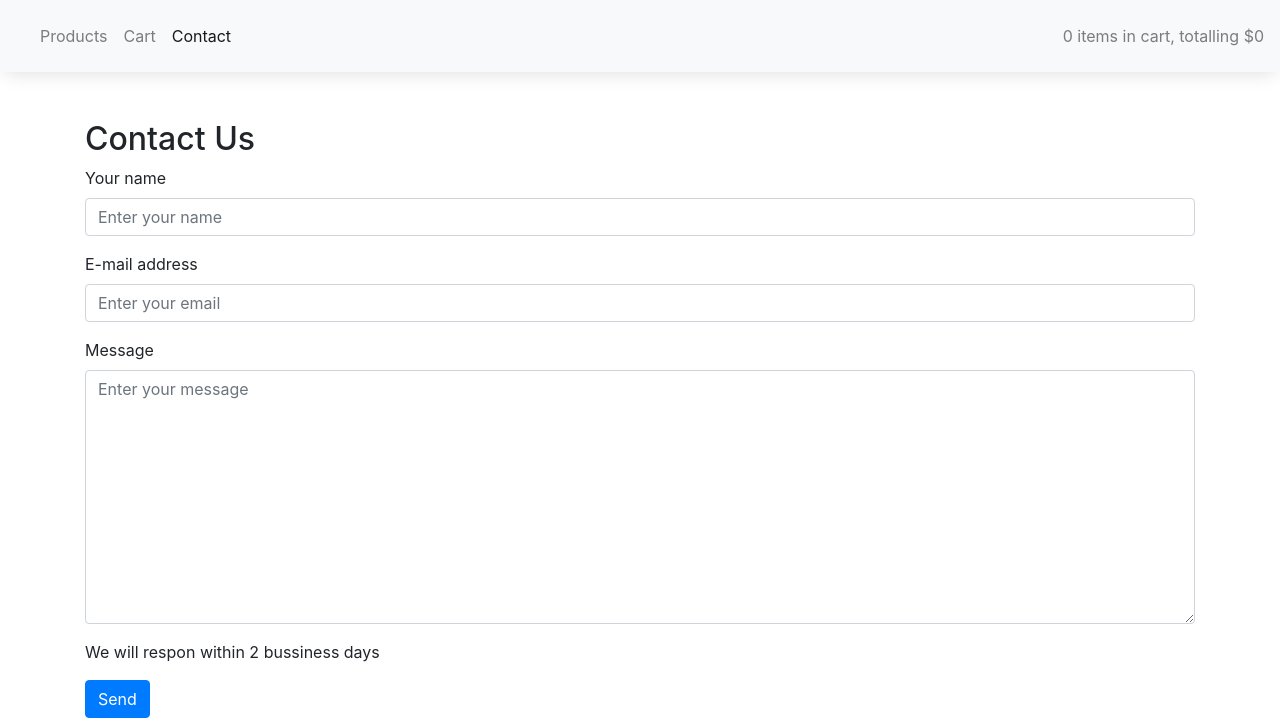
Repository: dayrim/wavecraft
Page: /contact
These files come from the project's save history. The page is drawn as it stood at one moment and after the next save; the edit follows.
The browser window is 1280 px wide. The pictures show the whole page.
The project was rebuilt for these pictures with package versions that can differ from the ones it lists, and the page was loaded fresh each time. Also part of the build but not shown: vue.config.js.

Above is the page before, as saved 2019-04-09 16:24:47.

### public/index.html
<!DOCTYPE html>
<html lang="en">
  <head>
    <meta charset="utf-8">
    <meta http-equiv="X-UA-Compatible" content="IE=edge">
    <meta name="viewport" content="width=device-width,initial-scale=1.0">
    <link rel="icon" href="<%= BASE_URL %>favicon.ico">
    <title>wavecraft-reset</title>
  </head>
  <body>
    <noscript>
      <strong>We're sorry but wavecraft-reset doesn't work properly without JavaScript enabled. Please enable it to continue.</strong>
    </noscript>
    <div id="app"></div>
    <!-- built files will be auto injected -->
  </body>
</html>

### src/main.js
import Vue from "vue";
import App from "./App.vue";
import router from "./router";
import store from "./store";
import BootstrapVue from "bootstrap-vue";

Vue.config.productionTip = false;
Vue.use(BootstrapVue);
Vue.filter("currency", function(value) {
  let formatter = new Intl.NumberFormat("en-US", {
    style: "currency",
    currency: "USD",
    minimumFractionDigits: 0,
  });

  return formatter.format(value);
});

new Vue({
  router,
  store,
  render: h => h(App),
}).$mount("#app");

### src/App.vue
<template>
  <div id="app" :class="{ ready: isPageReady }">
    <b-navbar class="mainNavbar" sticky toggleable="lg" variant="light">
      <b-navbar-brand to="/"></b-navbar-brand>

      <b-navbar-toggle target="nav-collapse"></b-navbar-toggle>

      <b-collapse id="nav-collapse" is-nav>
        <b-navbar-nav>
          <b-nav-item exact active-class="active" to="/">Products</b-nav-item>
          <b-nav-item exact active-class="active" to="/cart">Cart</b-nav-item>
          <b-nav-item exact active-class="active" to="/contact">Contact</b-nav-item>
        </b-navbar-nav>

        <!-- Right aligned nav items -->
        <b-navbar-nav class="ml-auto">
          <b-nav-text>
            <div class="navbar-text">
              {{ cart.items.length }}
              <span v-if="cart.items.length == 1">item</span><span v-else>items</span> in cart,
              totalling {{ cartTotal | currency }}
            </div></b-nav-text
          >
        </b-navbar-nav>
      </b-collapse>
    </b-navbar>
    <transition name="route" mode="out-in">
      <router-view name="discount"> </router-view>
    </transition>
    <b-container>
      <b-row>
        <b-col>
          <br /><br />
          <transition name="route" mode="out-in">
            <router-view></router-view>
          </transition>
        </b-col>
      </b-row>
    </b-container>
  </div>
</template>

<script>
export default {
  data() {
    return {
      isPageReady: false,
    };
  },
  computed: {
    cart() {
      return this.$store.state.cart;
    },
    cartTotal() {
      return this.$store.getters["cart/cartTotal"];
    },
  },
  mounted: function() {
    this.$nextTick(function() {
      setTimeout(() => {
        this.isPageReady = true;
      }, 0);
    });
  },
};
</script>

<style lang="scss">
@import "./assets/common.scss";
.mainNavbar {
  box-shadow: 0px 5px 20px -5px rgba(0, 0, 0, 0.15);
}
.flex {
  display: flex;
}
.flex.flex-column {
  flex-direction: column;
}
.flex.flex-row {
  flex-direction: row;
}
.flex.justify-center {
  justify-content: center;
}
.flex.justify-left {
  justify-content: flex-start;
}
.flex.justify-right {
  justify-content: flex-end;
}
.flex.align-center {
  align-items: center;
}
.flex.align-left {
  align-items: flex-start;
}
.flex.align-right {
  align-items: flex-end;
}
/* Navigation */
.navbar .stats {
  margin-top: 15px;
}
ul {
  list-style: none;
}
.btn {
  margin-right: 20px;
}
input[type="radio"] + label,
input[type="checkbox"] + label {
  font-weight: normal;
}

#app {
  opacity: 0;
  transition: opacity 1s ease;
}

#app.ready {
  opacity: 1;
}

.route-enter-active,
.route-leave-active {
  transition: opacity 0.15s ease;
}

.route-enter,
.route-leave-to {
  opacity: 0;
}
</style>

### src/router/index.js
import Vue from "vue";
import Router from "vue-router";
import routes from "./routes";
Vue.use(Router);

export default new Router({
  mode: "history",
  base: process.env.BASE_URL,
  routes,
});

### src/store/index.js
import Vue from "vue";
import Vuex from "vuex";
import cart from "./modules/cart";

Vue.use(Vuex);

export default new Vuex.Store({
  /**
   * Assign the modules to the store.
   */
  modules: {
    cart,
  },
});

### src/assets/common.scss
@import 'node_modules/bootstrap/scss/bootstrap';
@import 'node_modules/bootstrap-vue/src/index.scss';

$main-color: #2984ec;
$secondary-color: #5410d1;
$tertiary-color: #132125;
$default-color: #e9e9e9;

### src/router/routes.js
const routes = [
  {
    path: "",
    components: {
      default: () => import(/* webpackChunkName: "ProductList" */ "@/components/ProductList.vue"),
      discount: () =>
        import(/* webpackChunkName: "SpecialOffer" */ "@/components/SpecialOffer.vue"),
    },
  },
  {
    path: "/cart",
    component: () => import(/* webpackChunkName: "Cart" */ "@/components/Cart.vue"),
    alias: "/shopping-cart",
  },
  {
    path: "/product/:productId",
    props: true,
    name: "Product",
    component: () => import(/* webpackChunkName: "Product" */ "@/components/Product.vue"),
    children: [
      {
        path: "details",
        name: "ViewProduct",
        props: true,
        component: () =>
          import(/* webpackChunkName: "ViewProduct" */ "@/components/ViewProduct.vue"),
      },
      {
        path: "reviews",
        name: "ProductReviews",
        props: true,
        component: () =>
          import(/* webpackChunkName: "ProductReviews" */ "@/components/ProductReviews.vue"),
      },
    ],
  },

  {
    path: "/contact",
    component: () => import(/* webpackChunkName: "Contact" */ "@/components/Contact.vue"),
  },
  {
    path: "/*",
    component: () => import(/* webpackChunkName: "PageNotFound" */ "@/components/PageNotFound.vue"),
  },
];

export default routes;

### src/store/modules/cart/index.js
import actions from "./actions";
import getters from "./getters";
import mutations from "./mutations";
import state from "./state";

export default {
  namespaced: true,
  actions,
  getters,
  mutations,
  state,
};

### src/components/Contact.vue
<template>
  <div>
    <h2>Contact Us</h2>
    <slot name="top"></slot>

    <form>
      <div class="form-group">
        <label for="yourName">Your name</label>
        <input id="yourName" type="text" class="form-control" placeholder="Enter your name" />
      </div>

      <div class="form-group">
        <label for="emailAddress">E-mail address</label>
        <input id="emailAddress" type="email" class="form-control" placeholder="Enter your email" />
      </div>

      <slot></slot>
      <div class="form-group">
        <label for="message">Message</label>
        <textarea
          id="message"
          cols="30"
          rows="10"
          class="form-control"
          placeholder="Enter your message"
        ></textarea>
      </div>

      <slot name="bottom">
        <p>We will respon within 2 bussiness days</p>
      </slot>
      <button type="submit" class="btn btn-primary">Send</button>
    </form>
  </div>
</template>

<script>
export default {};
</script>

### src/store/modules/cart/actions.js
import * as Mutate from "./mutation-types";

export const addProductToCart = ({ commit, getters }, payload) => {
  let cartItem = getters.getCartItem(payload.product);
  payload.cartItem = cartItem;

  if (cartItem == null) {
    payload.cartItem = getters.getCartItem(payload.product);
    commit(Mutate.ADD_PRODUCT_TO_CART, payload);
  } else {
    commit(Mutate.INCREASE_PRODUCT_QUANTITY, payload);
  }
};

export const checkout = ({ commit }) => {
  commit(Mutate.CHECKOUT);
};

export default {
  addProductToCart,
  checkout,
};

### src/store/modules/cart/getters.js
export default {
  cartTotal: state => {
    let total = 0;

    state.items.forEach(function(item) {
      total += item.product.price * item.quantity;
    });
    return total;
  },
  getCartItem: state => product => {
    for (let i = 0; i < state.items.length; i++) {
      if (state.items[i].product.id === product.id) {
        return state.items[i];
      }
    }
    return null;
  },
  taxAmount: (state, getters) => percentage => (getters.cartTotal * percentage) / 100,
};

### src/store/modules/cart/mutations.js
import { CHECKOUT, ADD_PRODUCT_TO_CART, INCREASE_PRODUCT_QUANTITY } from "./mutation-types";

export default {
  [CHECKOUT](state) {
    state.items.forEach(function(item) {
      item.product.inStock += item.quantity;
    });

    state.items = [];
  },
  [ADD_PRODUCT_TO_CART]: (state, payload) => {
    state.items.push({
      product: payload.product,
      quantity: payload.quantity,
    });

    payload.product.inStock -= payload.quantity;
  },
  [INCREASE_PRODUCT_QUANTITY]: (state, payload) => {
    payload.cartItem.quantity += payload.quantity;
    payload.product.inStock -= payload.quantity;
  },
};

### src/store/modules/cart/state.js
export default {
  items: [],
};

### src/store/modules/cart/mutation-types.js
export const ADD_PRODUCT_TO_CART = "addProductToCart";
export const CHECKOUT = "checkout";
export const INCREASE_PRODUCT_QUANTITY = "increaseQuantity";

export default {
  ADD_PRODUCT_TO_CART,
  CHECKOUT,
  INCREASE_PRODUCT_QUANTITY,
};

After the next save:
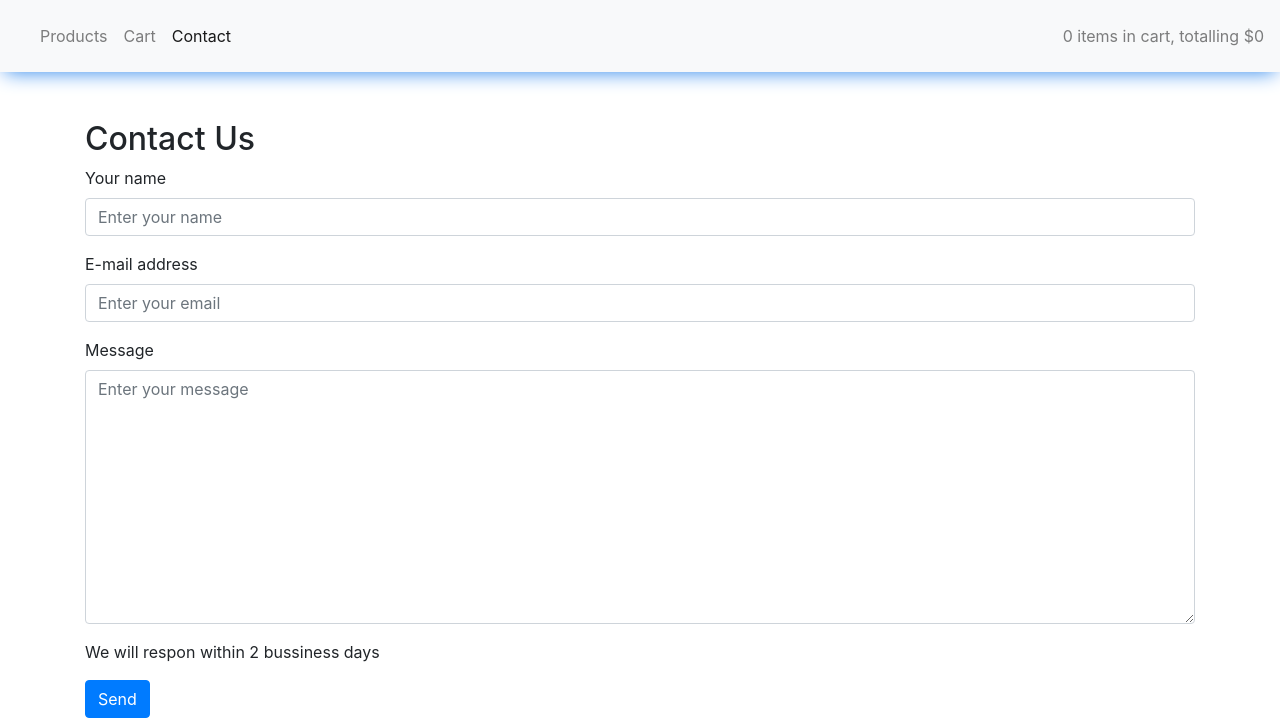
Saved 22 s later.
--- a/src/App.vue
+++ b/src/App.vue
@@ -68,7 +68,7 @@ export default {
 <style lang="scss">
 @import "./assets/common.scss";
 .mainNavbar {
-  box-shadow: 0px 5px 20px -5px rgba(0, 0, 0, 0.15);
+  box-shadow: 0px 5px 20px -5px $main-color;
 }
 .flex {
   display: flex;
